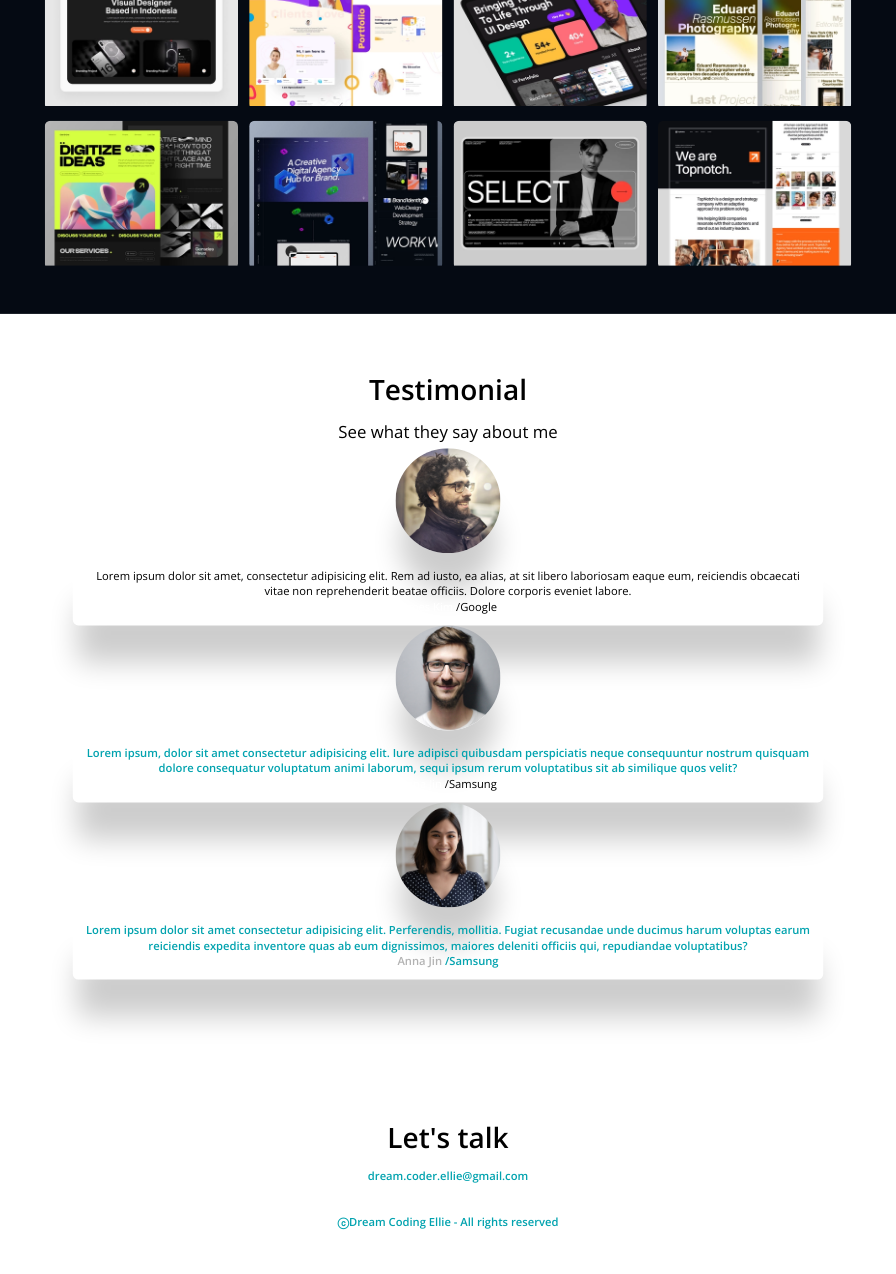
Repository: eggmoon/eggmoon_new
Page: index.html
The author's editor kept a copy of each file at every save. The page is drawn from the files as they stood at one save, then again after the next save.
The browser window is 1280 px wide. The pictures show the part of the page from y = 2569 to 4489 px (the page is 4389 px tall before and 4489 px after), at 70% of full size.
Some web libraries are served in a nearby version.

Above is the page before, as saved 2025-02-26 15:22:15.

### index.html
<!DOCTYPE html>
<html lang="en">
  <head>
    <meta charset="UTF-8" />
    <meta http-equiv="X-UA-Compatible" content="IE=edge" />
    <meta name="viewport" content="width=device-width, initial-scale=1.0" />
    <!-- SEO -->
    <title>행정심판청구서 작성 가이드</title>
    <meta
      name="description"
      content="Portfolio for world-renowned software
    engineer Ellie"
    />
    <meta name="author" content="MScho" />
    <link rel="shortcut icon" href="images/favicon.ico" type="image/x-icon" />
    <!-- OG (Open Graph Data) -->
    <meta property="og:title" content="행정정심판청구서 작성 가이드" />
    <meta property="og:type" content="website" />
    <meta property="og:url" content="https://eggmoon.github.io/eggmoon/"/>
    <meta property="og:image" content="배포후에 생성된 이미지 URL" />
    <!-- Google Fonts -->
    <link rel="preconnect" href="https://fonts.googleapis.com" />
    <link rel="preconnect" href="https://fonts.gstatic.com" crossorigin />
    <link
      href="https://fonts.googleapis.com/css2?family=Open+Sans:wght@400;600&display=swap"
      rel="stylesheet"
    />
    <!-- Font Awesome -->
    <script src="https://kit.fontawesome.com/8d3cd595d6.js" crossorigin="anonymous"></script>
    <!-- CSS -->
    <link rel="stylesheet" href="css/style.css" />
    <!-- Javascript -->
    <script src="src/main.js" defer></script>
  </head>
  <body>
    <!-- Header -->
    <header class="header">
      <div class="header__logo">
        <img class="header__logo__img" src="images/favicon.ico" alt="logo" />
        <h1 class="header__logo__title"><a href="#">조미성 행정사사무소</a></h1>
      </div>
      <nav>
        <ul class="header__menu">
          <li><a class="header__menu__item active" href="#home">작성 Flow</a></li>
          <li><a class="header__menu__item" href="#about">사실관계 확인</a></li>
          <li><a class="header__menu__item" href="#skills">법령 포섭</a></li>
          <li><a class="header__menu__item" href="#work">사실의 재구성</a></li>
          <li><a class="header__menu__item" href="#testimonial">비례의 원칙</a></li>
          <li><a class="header__menu__item" href="#contact">청구서 작성</a></li>
        </ul>
      </nav>
    </header>
    <!-- Main -->
    <main>
      <!-- Home -->
      <section id="home" class="section">
        <img class="home__logo" src="images/favicon.ico" alt="Ellie's profile" />
        <h2 class="home__title"><strong class="home__title--strong">행정심판청구서</strong> <br> 작성 가이드</h2>
        <p class="home__description">사실관계 확정과 비례의 원칙을 중심으로</p>
        <a class="home__contact" href="#contact">조미성 행정사사무소</a>
      </section>
      <!-- About -->
      <section id="about" class="section max-container =">
        <h2 class="title">작성 Flow</h2>
        <p section="description">
          사실관계 및 법령의 확인
        </p>
        <p>내용을 작성해야 합니다.</p>
        <ul class="about__majors">
          <li class="about__major">
            <i class="fa-brands fa-html5 about__major__icon"></i>
            <p class="about__major__title">사실관계 및 관련 법령</p>
            <p>처분서에 따른... 확인</p>
          </li>
          <li class="about__major">
            <i class="fa-solid fa-mobile about__major__icon"></i>
            <p class="about__major__title">사실관계의 재구성</p>
            <p>사실관계...재구성</p>
          </li>
          <li class="about__major">
            <i class="fa-solid fa-server about__major__icon"></i>
            <p class="about__major__title">자료조사 및 법령의 해석론 확립</p>
            <p>논문, 법령... 등 조사</p>`
          </li>
        </ul>
        <ul class="about__subexps">
          <li class="about__subexp">
            <img src="images/jobs/google.png" alt="google logo" />
            <div>
              <p class="about__subexp__title">Google as Senior Software Engineer</p>
              <p class="about__subexp__content">2019 Oct - Until now</p>
            </div>
          </li>
          <li class="about__subexp">
            <img src="images/jobs/samsung.png" alt="samsung logo" />
            <div>
              <p class="about__subexp__title">Samsung as Software Engineer</p>
              <p class="about__subexp__content">2014 Sept - 2019 Oct</p>
            </div>
          </li>
        </ul>
      </section>
      <!-- Skills -->
      <section id="skills" class="section">
        <div class="max-container">
          <h2 class="title">사실관계의 확인</h2>
          <p class="description">사실관계</p>
          <p>
            Lorem ipsum dolor sit, amet consectetur adipisicing 계lit. Alias
            doloremque sint deleniti vel quod itaque molestias, suscipit dolor
            cupiditate saepe rem minima, amet ipsum accusantium architecto
            laboriosam dolore id necessitatibus?
          </p>
          <div class="skills-container">
            <section class="skills__rule">
              <h3 class="skills__title">Coding Skills</h3>
              <ul>
                <li class="bar">
                  <div class="bar__metadata"><span>HTML</span><span>98%</span></div>
                  <div><div class="bar__value bar__bg" style="width: 98%"></div></div>
                </li>
                <li class="bar">
                  <div class="bar__metadata"><span>CSS</span><span>90%</span></div>
                  <div><div class="bar__value bar__bg" style="width: 90%"></div></div>
                </li>
                <li class="bar">
                  <div class="bar__metadata"><span>JavaScript</span><span>90%</span></div>
                  <div><div class="bar__value bar__bg" style="width: 90%"></div></div>
                </li>
                <li class="bar">
                  <div class="bar__metadata"><span>TypeScript</span><span>80%</span></div>
                  <div><div class="bar__value bar__bg" style="width: 80%"></div></div>
                </li>
                <li class="bar">
                  <div class="bar__metadata"><span>React</span><span>79%</span></div>
                  <div><div class="bar__value bar__bg" style="width: 79%"></div></div>
                </li>
                <li class="bar">
                  <div class="bar__metadata"><span>NodeJs</span><span>68%</span></div>
                  <div><div class="bar__value bar__bg" style="width: 68%"></div></div>
                </li>
              </ul>
            </section>
            <section class="skills__explain">
              <h3 class="skills__title">Tools</h3>
              <ul>
                <li>Visual Studio Code</li>
                <li>IntelliJ</li>
                <li>Android Studio Code</li>
                <li>iOS development tools</li>
                <li>Sketch app</li>
              </ul>
            </section>
            <section class="skills__data">
              <h3 class="skills__title">Etc</h3>
              <ul>
                <li>Git</li>
                <li>Scrum Master</li>
                <li>Math</li>
              </ul>
            </section>
          </div>
        </div>
      </section>
      <!-- Work -->
      <section id="work" class="section">
        <div class="max-container">
          <h2 class="title">My work</h2>
          <p class="description">Projects</p>
          <ul class="categories">
            <li>
              <button class="category category--selected">All <span class="category__count">8</span></button>
            </li>
            <li>
              <button class="category">Front-end <span class="category__count">3</span></button>
            </li>
            <li>
              <button class="category">Back-end <span class="category__count">3</span></button>
            </li>
            <li>
              <button class="category">Mobile <span class="category__count">2</span></button>
            </li>
          </ul>
          <ul class="projects">
            <li class="project">
              <a href="#" target="_blank">
                <img src="images/projects/project1.webp" alt="project1" class="project__img"/>
                <div class="project__metadata">
                  <h3 class="project__title">Project #1</h3>
                  <p>Clone Coding with HTML, CSS</p>
                </div>
              </a>
            </li>
            <li class="project">
              <a href="#" target="_blank">
                <img src="images/projects/project2.webp" alt="project2" class="project__img"/>
                <div class="project__metadata">
                  <h3 class="project__title">Project #2</h3>
                  <p>Clone Coding with HTML, CSS</p>
                </div>
              </a>
            </li>
            <li class="project">
              <a href="#" target="_blank">
                <img src="images/projects/project3.webp" alt="project3" class="project__img"/>
                <div class="project__metadata">
                  <h3 class="project__title">Project #3</h3>
                  <p>Clone Coding with HTML, CSS</p>
                </div>
              </a>
            </li>
            <li class="project">
              <a href="#" target="_blank">
                <img src="images/projects/project4.webp" alt="project4" class="project__img"/>
                <div class="project__metadata">
                  <h3 class="project__title">Project #4</h3>
                  <p>Clone Coding with HTML, CSS</p>
                </div>
              </a>
            </li>
            <li class="project">
              <a href="#" target="_blank">
                <img src="images/projects/project5.webp" alt="project5" class="project__img"/>
                <div class="project__metadata">
                  <h3 class="project__title">Project #5</h3>
                  <p>Clone Coding with HTML, CSS</p>
                </div>
              </a>
            </li>
            <li class="project">
              <a href="#" target="_blank">
                <img src="images/projects/project6.webp" alt="project6" class="project__img"/>
                <div class="project__metadata">
                  <h3 class="project__title">Project #6</h3>
                  <p>Clone Coding with HTML, CSS</p>
                </div>
              </a>
            </li>
            <li class="project">
              <a href="#" target="_blank">
                <img src="images/projects/project7.webp" alt="project7" class="project__img"/>
                <div class="project__metadata">
                  <h3 class="project__title">Project #7</h3>
                  <p>Clone Coding with HTML, CSS</p>
                </div>
              </a>
            </li>
            <li class="project">
              <a href="#" target="_blank">
                <img src="images/projects/project8.webp" alt="project8" class="project__img"/>
                <div class="project__metadata">
                  <h3 class="project__title">Project #8</h3>
                  <p>Clone Coding with HTML, CSS</p>
                </div>
              </a>
            </li>
          </ul>
        </div>
      </section>
      <!-- Testimonials -->
      <section id="testimonials" class="section max-container">
        <h2 class="title">Testimonial</h2>
        <p class="description">See what they say about me</p>
        <ul class="testimonials">
          <li class=".testimonial">
            <img src="images/testimonials/people1.webp" alt="people1" class="testimonial__img" />
            <div class="testimonial__bubble">
              <p>
                Lorem ipsum dolor sit amet, consectetur adipisicing elit. Rem ad
                iusto, ea alias, at sit libero laboriosam eaque eum, reiciendis
                obcaecati vitae non reprehenderit beatae officiis. Dolore
                corporis eveniet labore.
              </p>
              <p><a href="#">James Kim</a> /Google</p>
            </div>
          </li>
          <li class=".testimonial">
            <img src="images/testimonials/people2.webp" alt="people2" class="testimonial__img" />
            <div class="testimonial__bubble">
              <p class="testimonial__bubble__name">
                Lorem ipsum, dolor sit amet consectetur adipisicing elit. Iure
                adipisci quibusdam perspiciatis neque consequuntur nostrum
                quisquam dolore consequatur voluptatum animi laborum, sequi
                ipsum rerum voluptatibus sit ab similique quos velit?
              </p>
              <p><a href="#">Anna Jin</a> /Samsung</p>
            </div>
          </li>
          <li class=".testimonial">
            <img src="images/testimonials/people3.webp" alt="people3" class="testimonial__img" />
            <div class="testimonial__bubble">
              <p class="testimonial__bubble__name">
                Lorem ipsum dolor sit amet consectetur adipisicing elit.
                Perferendis, mollitia. Fugiat recusandae unde ducimus harum
                voluptas earum reiciendis expedita inventore quas ab eum
                dignissimos, maiores deleniti officiis qui, repudiandae
                voluptatibus?
              </p>
              <p class="testimonial__bubble__name"><a href="#">Anna Jin</a> /Samsung</p>
            </div>
          </li>
        </ul>
      </section>
      <!-- Arrow up -->
      <aside>
        <a href="#home" title="back to top">
          <i class="fa-solid fa-arrow-up"></i>
        </a>
      </aside>
    </main>
    <!-- Footer -->
    <footer id="contact" class="section">
      <h2 class="title">Let&#39;s talk</h2>
      <p class="testimonial__bubble__name" class="section">dream.coder.ellie@gmail.com</p>
      <ul>
        <li>
          <a
            href="https://github.com/dream-ellie"
            target="_blank"
            title="my github link"
          >
            <i class="fa-brands fa-github"></i>
          </a>
        </li>
        <li>
          <a
            href="https://github.com/dream-ellie"
            target="_blank"
            title="my linkedin link"
          >
            <i class="fa-brands fa-linkedin"></i>
          </a>
        </li>
      </ul>
      <p class="testimonial__bubble__name">ⓒDream Coding Ellie - All rights reserved</p>
    </footer>
  </body>
</html>

### css/style.css
/* Global */
:root {
/* App Colors */
  --color-primary: var(--color-black);
  --color-primary-variant: var(--color-gray);
  --color-accent: var(--color-blue);
  --color-accent-variant: var(--color-orange);
  --color-text: var(--color-white);
  /* Colors */
  --color-white: #ffffff;
  --color-black: #050a13;
  --color-blue: #03e8f9;
  --color-orange: #fd6413;
  --color-gray: #1b1e26;
  /* Size */
  --size-max-width: 1200px;
}
*{
  box-sizing: border-box;
}
body {
  font-family: 'Open Sans', sans-serif;
  margin: 0;
}
h1, h2, h3, p, ul {
  margin: 0;
}

ul {
  list-style: none;
  padding: 0;
}

a{
  text-decoration: none;
  color: var(--color-text);
}

button{
  background-color: transparent;
  outline: 0;
  border: 0;
}

button:focus {
  outline: 1px solid var(--color-blue);
}

/* Common */
.section{
  padding: 4rem;
  text-align: center !important;
}

.title{
  font-size: 2.5rem;
  margin: 1rem 0;

}

.description{
  font-size:1.5rem;
  margin:0.5rem 0;
}

.max-container {
  max-width: var(--size-max-width);
  margin: auto;
}

/* Header */
.header{
  position: fixed;
  background-color: var(--color-black);
  top: 0;
  width: 100%;
  padding:1rem;
  display: flex;
  justify-content: space-between;
  align-items: center;
  z-index:1;
}

.header__logo{
  display:flex;
  align-items: center;
  gap: 8px
}

.header__logo__img{
  width: 36px;
  height: 36px;
}

.header__logo__title {
  font-size: 1.8rem;
}

.header__menu{
  display:flex;
  gap: 4px;
}
.header__menu__item{
  padding: 8px 16px;
}
.header__menu__item:hover{
  border-bottom: 1px solid var(--color-accent);
}
.header__menu__item.active{
  border: 1px solid var(--color-accent);
}
/* Home */
#home{
  background-color: var(--color-primary);
  color: var(--color-text);
  padding: 5rem 1rem;
  padding-top: 7rem;
  text-align: center;
}
.home__logo{
 width: 250px;
 height: 250px;
 object-fit: contain;
 border: 3px solid var(--color-accent);
 border-radius: 50%;
}
.home__title{
 font-size:3rem;
 margin-bottom: 1rem;

}
.home__title--strong{
  color: var(--color-accent);
}
/* .home__description{

} */

.home__contact{
  display: inline-block;
  background-color: var(--color-accent);
  color: var(--color-black);
  padding: 0.5rem 1rem;
  font-weight: bold;
  border-radius: 4px;
}

.home__contact:hover{
    /* hover 밀림 현상 해결: width, height을 주거나 outline으로 해결함 */
  background-color:transparent;
  outline: 1px solid var(--color-accent);
  color: var(--color-text);
}

/* about */

.about__majors{
  display: flex;
  justify-content: space-between;
  gap: 1rem;
  margin: 2.5rem 0;
}

.about__major{
  background-color: var(--color-primary-variant);
  padding: 2rem 1rem;
  color: var(--color-text);
  border-radius: 1rem;
  cursor: default;
  box-shadow:4.0px 8.0px 8.0px rgba(0,0,0,0.38);
  flex-grow:1;
  flex-shrink:1;
  flex-basis:0;
}

.about__major__icon{
  font-size: 4rem;
  margin: 1rem 0;
  color: var(--color-accent);
  transition: all 300ms ease;
}

.about__major__title{
 font-size: 1.5rem;
 font-weight: bold;
 margin-bottom: 1rem;
}

.about__major:hover .about__major__icon{
  transform: rotate(-15deg) scale(1.2);
}

.about__subexps{
  text-align: start;
}
.about__subexp{
  display:flex;
  align-items: center;
  gap: 8px;
  margin-bottom: 1rem;
}
.about__subexp__title{
  color: var(--color-primary);
}

.about__subexp__content{
  color: var(--color-primary);
}

/* skills */

#skills {
  background-color: var(--color-primary-variant);
  color: var(--color-text);
}
.skills__title{
  color: var(--color-accent);
  margin: 1rem 0;
  font-size: 1.2rem;
  margin: 2rem 3rem;
}
.skills-container{
  display: grid;
  grid-template-columns: 6fr 4fr;
  background-color: var(--color-primary);
  border-radius: 8px;
  overflow: hidden;
  box-shadow: 0 2.8px 2.2px rgba(0, 0, 0, 0.034), 0 6.7px 5.3px rgba(0, 0, 0, 0.048), 0 12.5px 10px rgba(0, 0, 0, 0.06), 0 22.3px 17.9px rgba(0, 0, 0, 0.072), 0 41.8px 33.4px rgba(0, 0, 0, 0.086), 0 100px 80px rgba(0, 0, 0, 0.12)
}

.skills__rule{
  grid-row: span 2;
  padding: 1rem;
}

.skills__explain{
  padding: 1rem;
}

.skills__data{
  padding: 1rem;
  background-color: var(--color-primary);
    filter: brightness(150%);
}

.bar{
  display:flex;
  flex-direction: column;
  padding: 1rem;
  gap: 0.5rem;
}
.bar__metadata{
  display:flex;
  justify-content:space-between;
}
.bar__bg{
  width: 100%;
  height: 3px;
  background-color: var(--color-primary-varient);
}
.bar__value{
  background-color: var(--color-accent);
}

 /* Work */
 #work {
  background-color: var(--color-primary);
  color: var(--color-text);
 }

 .categories {
  display:flex;
  justify-content: center;
  margin: 2.5rem;
  gap: 1rem;
 }

 .category {
  position:relative;
  color: var(--color-text);
  font-size: 1.1rem;
  padding: 0.5rem 3rem;
  border-radius: 4px;
  border: 1px solid var(--color-accent);
  cursor: pointer;
  white-space: nowrap;
 }


 .category__count{
  opacity: 0;
  position: absolute;
  top: -20px;
  right: 16px;
  width: 28px;
  height: 28px;
  line-height: 28px;
  border-radius: 100%;
  background-color: var(--color-accent-variant);
  color: var(--color-text);
  transition: all 300ms ease-in;
 }
 .category--selected {
  background-color: var(--color-accent);
  color: var(--color-primary);
 }
 .category--selected .category__count,
 .category:hover .category__count {
  opacity: 1;
  top:0;
 }

 .projects {
  display: grid;
  grid-template-columns: repeat(4, 1fr);
  grid-template-rows: repeat(2,1fr);
  gap: 1rem;
 }

 .project{
  position:relative;
  border-radius:8px;
  overflow:hidden;
 }

 .project__img{
  width: 100%;
 }

 .project__metadata{
  opacity: 0;
  position: absolute;
  top: 0;
  left: 0;
  width: 100%;
  height: 100%;
  background-color: var(--color-black);
  display:flex;
  flex-direction: column;
  justify-content: center;
  align-items: center;
  transition: all 250ms ease-in;
  transform: translateY(-10px);
 }

 .project__metadata:hover {
  opacity:0.8;
  transform: translateY(0px);
 }
 .project__title:after{
  content: '';
  display: block;
  position:relative;
  left:50%;
  transform: translate(-60%);
  width: 80px;
  height: 2px;
  background-color: var(--color-accent);
  margin:0.5rem;
 }

 /* Testimonial */

 .testimonials{
  gap: 2rem;
  margin-bottom: 2rem;
 }

 .testimonial{
  display: flex;
  flex-direction: row;
  align-items:center;
  margin-bottom: 2rem;
 }
 .testimonial__img{
 width: 150px;
 height: 150px;
 border-radius: 100%;
 box-shadow: rgba(0, 0, 0, 0.2) 0px 60px 40px -7px;
 }
 .testimonial__bubble{
  padding: 1rem;
  border-radius: 8px;
  box-shadow: rgba(0, 0, 0, 0.2) 0px 60px 40px -7px;
 }

 .testimonial__bubble__name{
  color: var(--color-accent);
  font-weight: bold;
  filter: brightness(70%);
 }

Loaded but not shown: src/main.js (no copy from this time; the picture is the same without it)

After the next save:
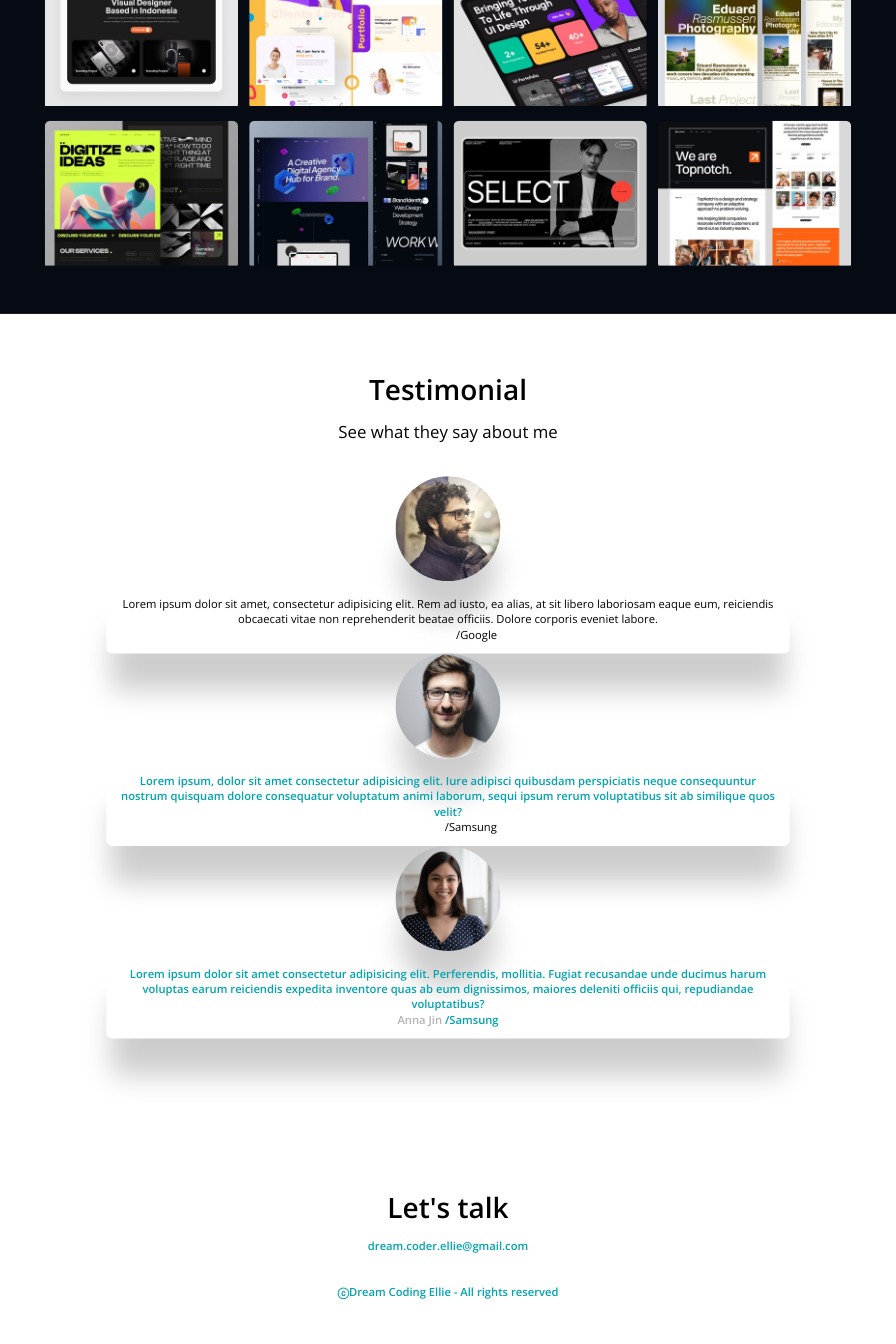
Saved 11 s later.
--- a/css/style.css
+++ b/css/style.css
@@ -362,8 +362,7 @@
  /* Testimonial */
 
  .testimonials{
-  gap: 2rem;
-  margin-bottom: 2rem;
+ margin: 3rem;
  }
 
  .testimonial{
